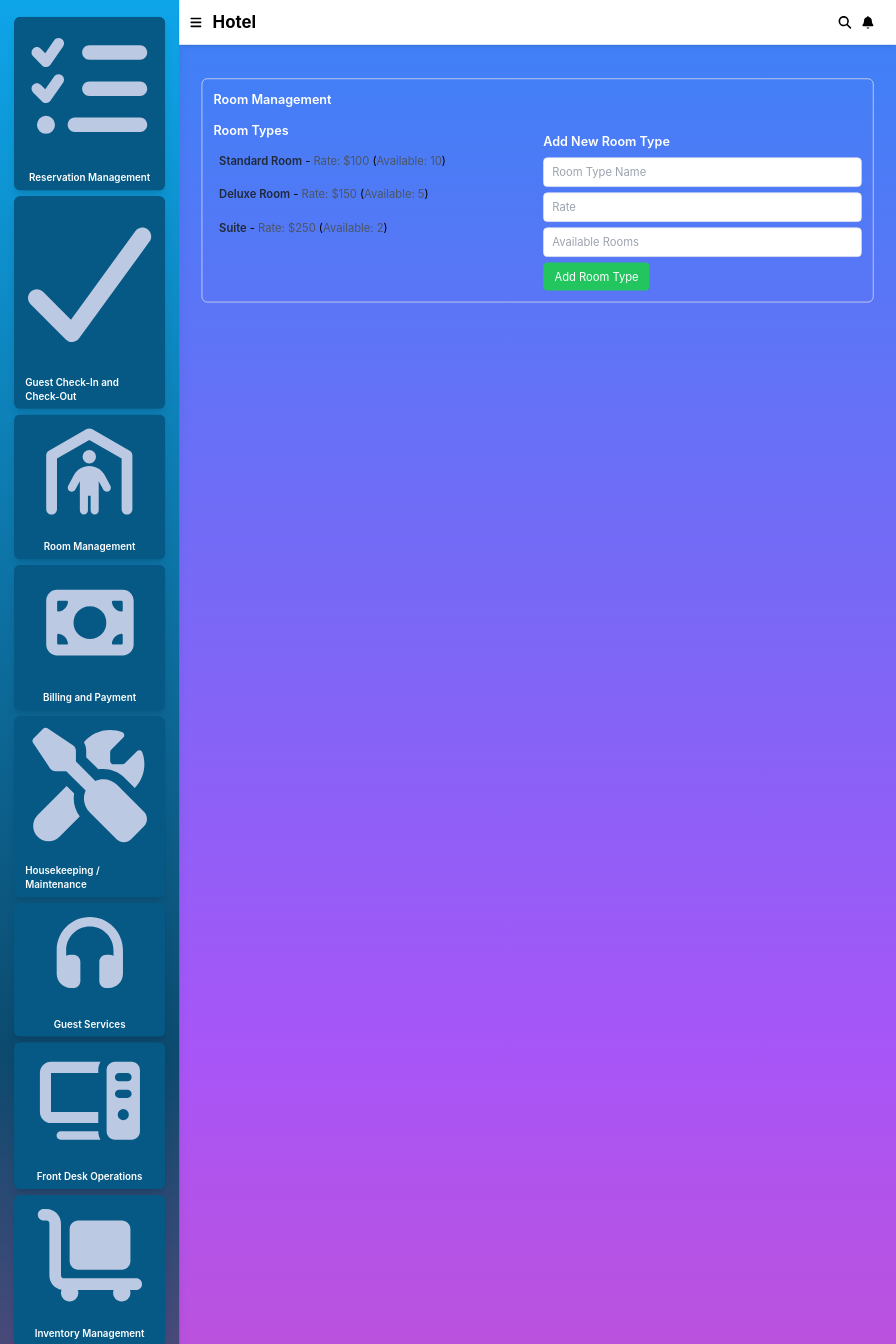
Repository: musabismael/Hotel
Page: /room_management
An editor plug-in stored every save of this project. The page is shown before and after the next save, followed by the edit.
The browser window is 1280 px wide. The pictures show the part of the page from y = 0 to 1920 px (the page is 3016 px tall), at 70% of full size.
The project was rebuilt for these pictures with package versions that can differ from the ones it lists, and the page was loaded fresh each time. Also part of the build but not shown: vite.config.js, src/App.css, src/pages/ReservationManagement.jsx, src/pages/GuestCheckInOut.jsx, src/pages/BillingPayment.jsx, src/pages/HousekeepingMaintenance.jsx, src/pages/GuestServices.jsx, src/pages/FrontDeskOperations.jsx and 5 more.

Above is the page before, as saved 2023-10-01 19:12:48.

After the next save:
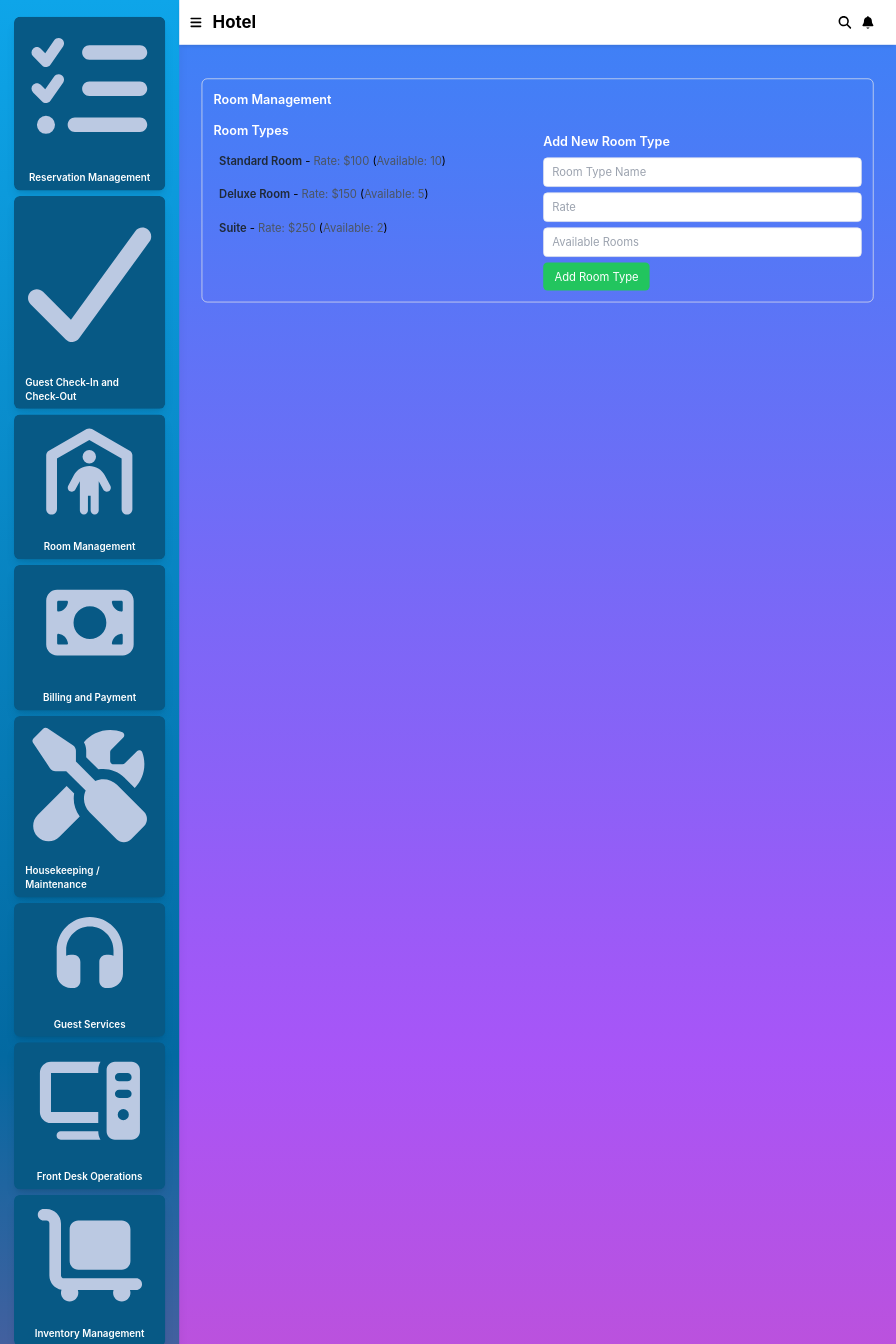
Saved 10 s later.
--- a/src/component/Sidebar.jsx
+++ b/src/component/Sidebar.jsx
@@ -114,7 +114,7 @@ const Sidebar = () => {
     console.log(`Card with ID ${id} clicked`);
   };
   return (
-    <aside className="p-4 w-1/5 min-h-screen overflow-y-auto bg-gradient-to-b from-sky-500 via-sky-900 to-pink-500 shadow-lg">
+    <aside className="p-4 w-1/5 min-h-screen overflow-y-auto bg-gradient-to-b from-sky-500 via-sky-700 to-pink-500 shadow-lg">
       <nav>
         {cardData.map((card) => (
           <Card
